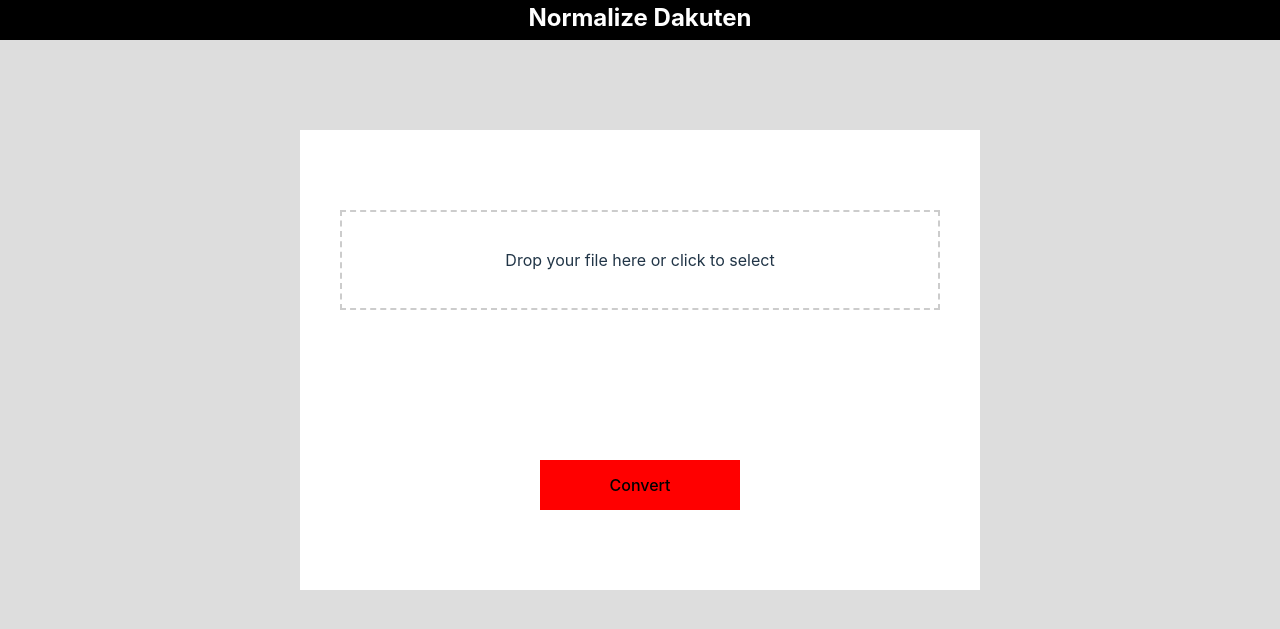
Repository: CatHandsService/normalize_dakuten
Page: / (app in front/)
An editor plug-in stored every save of this project. The page is shown before and after a run of saves, followed by the edit.
The browser window is 1280 px wide. The pictures show the whole page.
The project was rebuilt for these pictures with package versions that can differ from the ones it lists, and the page was loaded fresh each time. Also part of the build but not shown: front/vite.config.ts.

Above is the page before, as saved 2024-01-27 16:49:13.

### front/src/App.tsx
import './App.css'
import { Header } from './components/Header'
import { ImportFile } from './components/ImportFile'
import { Convert } from './components/Convert'

function App() {

  return (
    <div className='main'>
      <Header />
      <div className='container'>
        <ImportFile />
        <Convert />
      </div>
    </div>
  )
}

export default App

### front/src/App.css
#root {
  max-width: 1280px;
  margin: 0 auto;
  padding: 2rem;
  text-align: center;
}

body {
  background-color: #ddd;
}

.header {
  width: 100%;
  height: 40px;
  background-color: #000;
  color: #fff;
  font-size: 24px;
  font-weight: bold;
  text-align: center;
  position: fixed;
  left: 0;
  top: 0;
}
.container {
  width: 600px;
  height: 300px;
  margin: 60px auto;
  padding: 80px 40px;
  background-color: #fff;
  display: flex;
  flex-direction: column;
  justify-content: space-between;
}

.inputField {
  width: 400px;
  height: 300px;
}
.convert {
  width: 200px;
  height: 50px;
  background-color: #f00;
  border-radius: 0;
}

.validMessage {
  color: blue;
  font-size: 24px;
  font-weight: bold;
}

.failedMessage {
  color: red;
  font-size: 24px;
  font-weight: bold;
}

### front/src/components/Header.tsx
import '../App.css'

export const Header = () => {
  return (
    <div className="header">
      Normalize Dakuten
    </div>
  )
}

### front/src/components/ImportFile.tsx
import '../App.css'
import React, { useCallback, useState } from 'react';
import { useDropzone } from 'react-dropzone';

export const ImportFile = () => {
  const [selectedFile, setSelectedFile] = useState<File | null>(null);
  const [fileName, setFileName] = useState<string>('');
  const [message, setMessage] = useState<string>('');

  const onDrop = useCallback((acceptedFiles: File[]) => {
    // ファイルが選択された時の処理
    const file = acceptedFiles[0];
    setSelectedFile(file);
    setFileName(file.name);

    // エクセルで取り扱えるファイルかどうかのバリデーションを実行
    if (validateFile(file)) {
      // バリデーションが通れば、ここで必要な処理を実行
      setMessage('The file is a file that can be handled by Excel.');
      console.log('The file is a file that can be handled by Excel.');
    } else {
      // バリデーションが通らない場合はエラーメッセージを表示などの処理を実行
      console.error('This file cannot be handled by Excel.');
      window.confirm("This file cannot be handled by Excel.");
      setMessage("This file cannot be handled by Excel.");
      setSelectedFile(null);
      setFileName('');
    }
  }, []);

  const validateFile = (file: File): boolean => {
    // エクセルで取り扱えるかのバリデーションロジックをここに実装
    // 例として、拡張子がxlsxの場合にtrueを返すものとします
    return file.name.toLowerCase().endsWith('.xlsx');
  };

  const { getRootProps, getInputProps } = useDropzone({
    onDrop,
    multiple: false, // 一度に複数のファイルを選択できないようにする
    accept: '.xlsx', // 受け入れるファイルの種類を指定
  });

  return (
    <div>
      <div {...getRootProps()} style={dropzoneStyles}>
        <input className='inputField' {...getInputProps()} />
        <p>Drop your file here or click to select</p>
        {message
            ? <p className='validMessage'>{message}</p>
            : null
        }
      </div>
      {selectedFile && (
        <p className='message'>selected file : {fileName}</p>
      )}
    </div>
  );
};

const dropzoneStyles: React.CSSProperties = {
  border: '2px dashed #cccccc',
  padding: '20px',
  textAlign: 'center',
  cursor: 'pointer',
};

### front/src/components/Convert.tsx
import '../App.css'

export const Convert = () => {
  return (
    <div>
      <button className='convert'>Convert</button>
    </div>
  )
}

Loaded but not shown: front/index.html (common file); front/src/main.tsx (common file); front/src/index.css (common file)

After the next 2 saves:
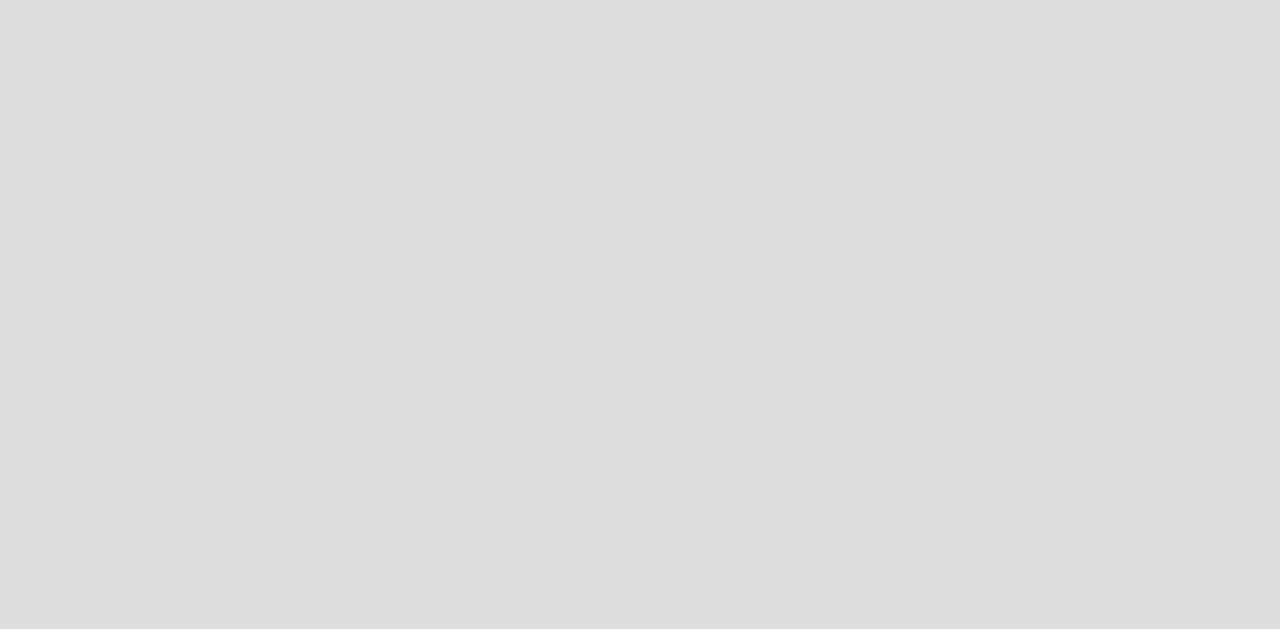
Console error: ReferenceError: validMessage is not defined
The 2 saves are shown as one change because 1 did not build or start.
The last was saved 2 min 12 s later.
--- a/front/src/components/ImportFile.tsx
+++ b/front/src/components/ImportFile.tsx
@@ -16,13 +16,13 @@ export const ImportFile = () => {
     // エクセルで取り扱えるファイルかどうかのバリデーションを実行
     if (validateFile(file)) {
       // バリデーションが通れば、ここで必要な処理を実行
-      setMessage('The file is a file that can be handled by Excel.');
+      setValidMessage('The file is a file that can be handled by Excel.');
       console.log('The file is a file that can be handled by Excel.');
     } else {
       // バリデーションが通らない場合はエラーメッセージを表示などの処理を実行
       console.error('This file cannot be handled by Excel.');
       window.confirm("This file cannot be handled by Excel.");
-      setMessage("This file cannot be handled by Excel.");
+      setErrorMessage("This file cannot be handled by Excel.");
       setSelectedFile(null);
       setFileName('');
     }
@@ -45,9 +45,11 @@ export const ImportFile = () => {
       <div {...getRootProps()} style={dropzoneStyles}>
         <input className='inputField' {...getInputProps()} />
         <p>Drop your file here or click to select</p>
-        {message
+        {validMessage
             ? <p className='validMessage'>{message}</p>
-            : null
+            : errorMessage
+              ? <p className='failedMessage'>{message}</p>
+              : null
         }
       </div>
       {selectedFile && (

After the save that followed:
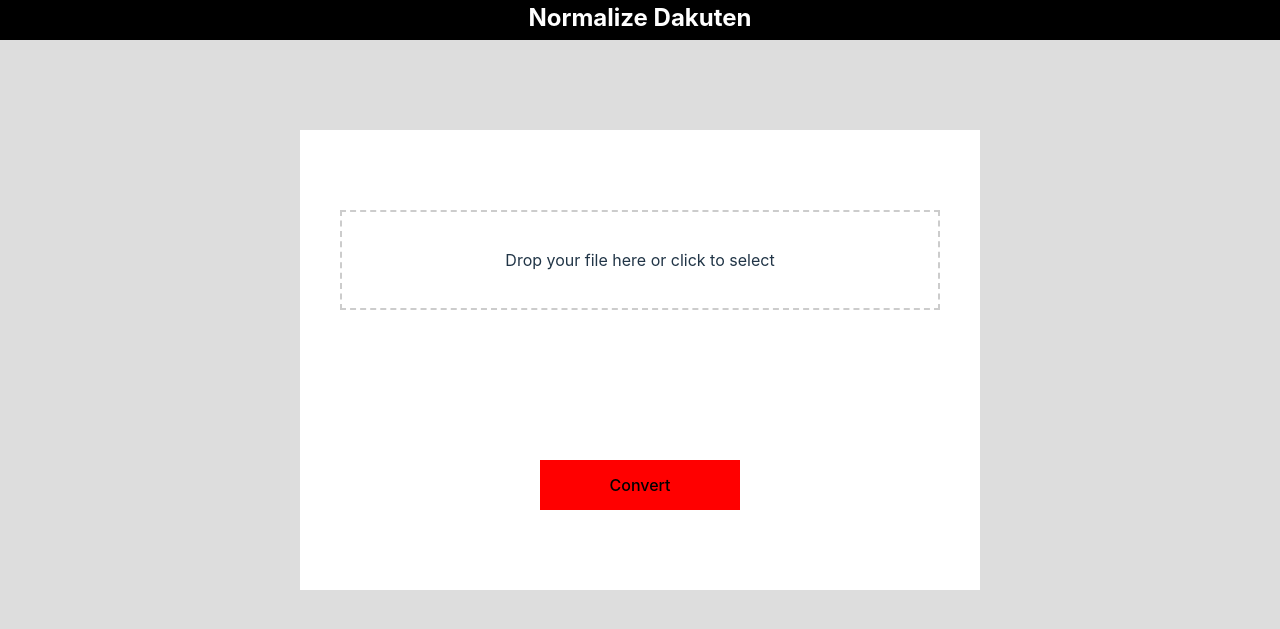
The error is gone.
Saved 21 s later.
--- a/front/src/components/ImportFile.tsx
+++ b/front/src/components/ImportFile.tsx
@@ -5,7 +5,8 @@ import { useDropzone } from 'react-dropzone';
 export const ImportFile = () => {
   const [selectedFile, setSelectedFile] = useState<File | null>(null);
   const [fileName, setFileName] = useState<string>('');
-  const [message, setMessage] = useState<string>('');
+  const [validMessage, setValidMessage] = useState<string>('');
+  const [errorMessage, setErrorMessage] = useState<string>('');
 
   const onDrop = useCallback((acceptedFiles: File[]) => {
     // ファイルが選択された時の処理
